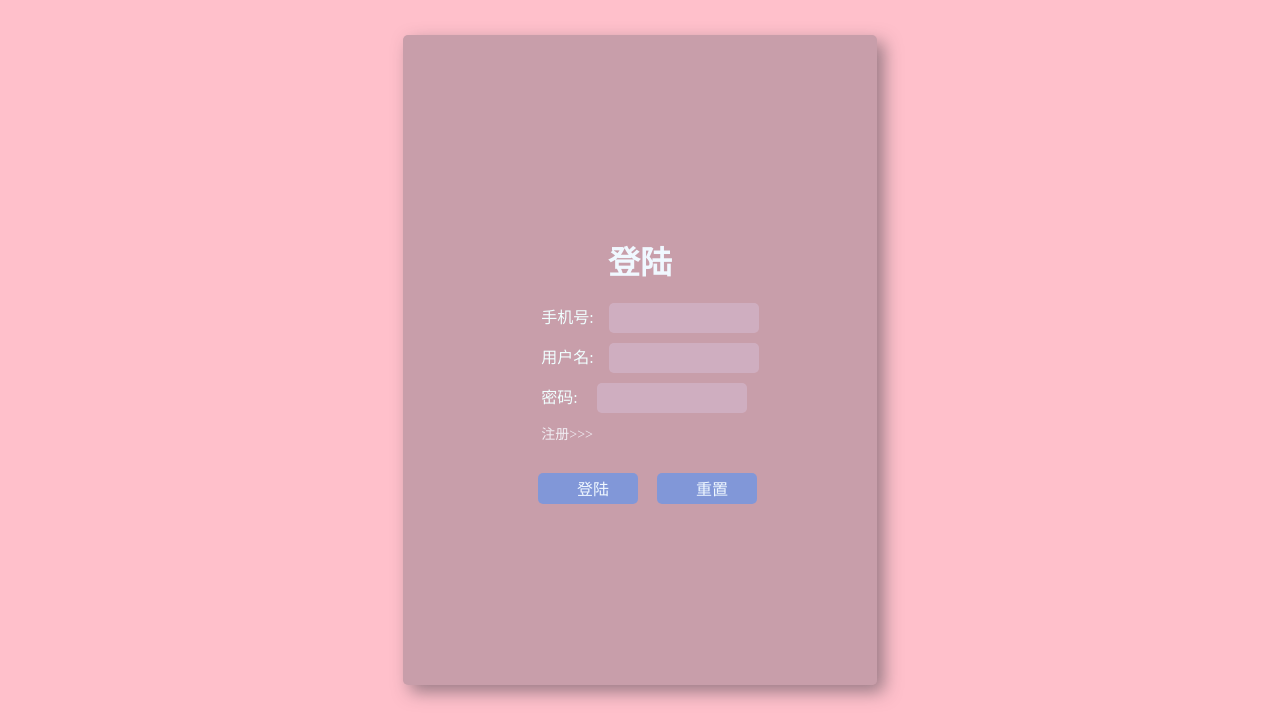
Repository: aaa615/Visualization-of-data-structure-algorithms
Page: http://localhost/dataStructure/main/login.jsp
These files come from the project's save history. The page is drawn as it stood at one moment and after the next save; the edit follows.
The browser window is 1280 px wide. The pictures show the whole page.
The page is served by Tomcat 9. Other server files are loaded and not shown.

Above is the page before, as saved 2021-05-20 04:35:59.

### dataStructure/WebContent/main/login.jsp
<%@ page language="java" contentType="text/html; charset=utf-8"
    pageEncoding="utf-8"%>
<!DOCTYPE html>
<html>
<head>
<meta charset="utf-8">
<title>登录</title>

<!-- http://localhost:8080/dataStructure/main/login.jsp -->


<link rel="stylesheet" type="text/css" href="../css/login.css">
</head>
<body>
<div id="loginDiv">
        <form action="loginAcManageUserAction.action" id="loginForm" method="post">
            <h1 style="text-align: center;color: aliceblue;">登陆</h1>
            <p><label id="global_trip">${message}</label></p>
             <p>手机号:<input id="phonenum" type="text" name="u.phonenum"></p>

            <p>用户名:<input id="username" type="text" name="u.name"></p>

            <p>密码:&nbsp;<input id="password" type="password" name="u.password"></p>

 			<p><a href="register.jsp">注册>>></a></p>

            <div style="text-align: center;margin-top: 30px;">
                <input type="submit" class="button" value="登陆">
                <input type="reset" class="button" value="重置" onmouseup="clearTrip()">
            </div>
        </form>
    </div>
    <script type="text/javascript">

    function clearTrip(){
    	var globalLabel=document.getElementById("global_trip");
    	globalLabel.innerText="";
    }
    </script>
</body>
</html>

### dataStructure/WebContent/css/login.css
@charset "UTF-8";
*{
    margin: 0;
    padding: 0;
}

html {
    height: 100%;
    width: 100%;
    overflow: hidden;
    margin: 0;
    padding: 0;
    background-size: 100% 100%;
    -moz-background-size: 100% 100%;
}

body {
    display: flex;
    align-items: center;
    justify-content: center;
    height: 100%;
    background-color:pink;
}

#loginDiv {
    width: 37%;
    display: flex;
    justify-content: center;
    align-items: center;
    height: 650px;
    background-color: rgba(75, 81, 95, 0.3);
    box-shadow: 7px 7px 17px rgba(52, 56, 66, 0.5);
    border-radius: 5px;
}

p,
.sexDiv {
    margin-top: 10px;
    margin-left: 20px;
    color: azure;
}

.sexDiv>input,
.hobby>input {
    width: 30px;
    height: 17px;
}

input,
select {
    margin-left: 15px;
    border-radius: 5px;
    border-style: hidden;
    height: 30px;
    width: 140px;
    background-color: rgba(216, 191, 216, 0.5);
    outline: none;
    color: #f0edf3;
    padding-left: 10px;
}

.button {
    border-color: cornsilk;
    background-color: rgba(100, 149, 237, .7);
    color: aliceblue;
    border-style: hidden;
    border-radius: 5px;
    width: 100px;
    height: 31px;
    font-size: 16px;
}

.introduce {
    margin-left: 110px;
}

.introduce>textarea {
    background-color: rgba(216, 191, 216, 0.5);
    border-style: hidden;
    outline: none;
    border-radius: 5px;
}

h1 {
    text-align: center;
    margin-bottom: 20px;
    margin-top: 20px;
    color: #f0edf3;
}

b {
    margin-left: 50px;
    color: #FFEB3B;
    font-size: 10px;
    font-weight: initial;
}

a{
    text-align:center;
    margin-bottom: 20px;
    margin-top: 20px;
    font-size:14px;
    color: #f0edf3;
    text-decoration:none;
}

label{
    text-align: center;
    font-size: 14px;
    color: red;
}

After the next save:
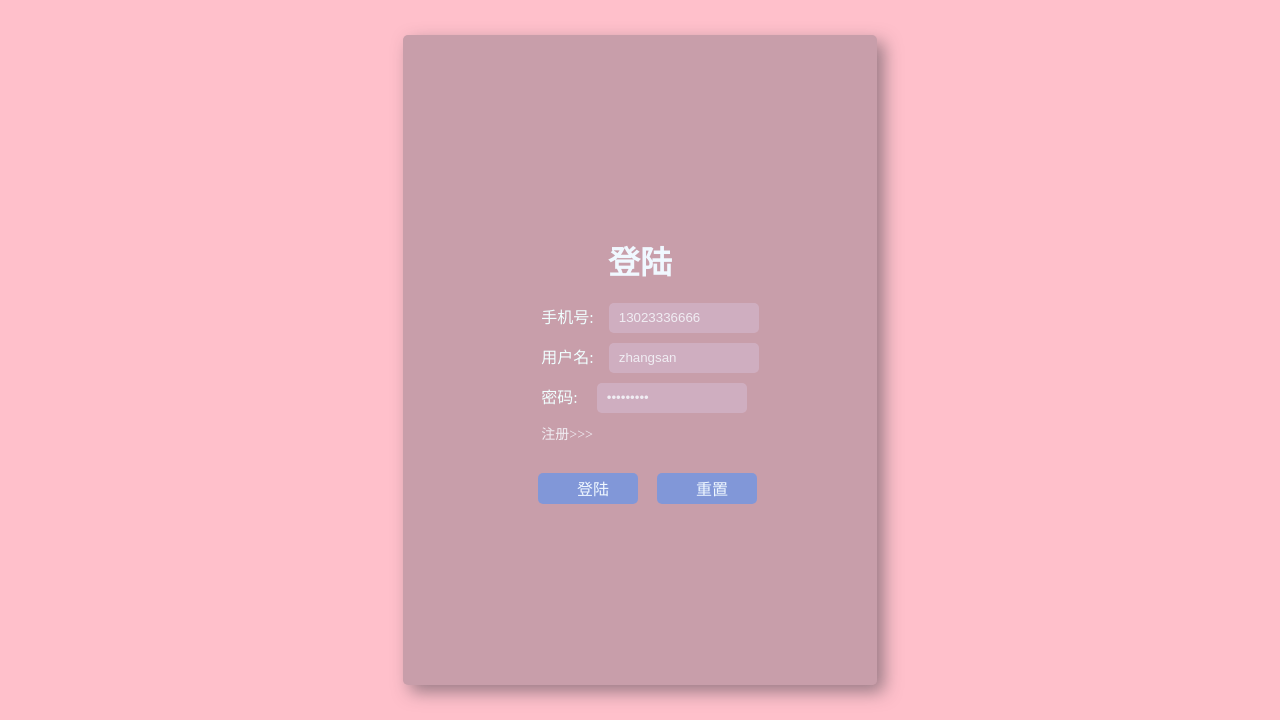
Saved 23 h 17 min later.
--- a/dataStructure/WebContent/main/login.jsp
+++ b/dataStructure/WebContent/main/login.jsp
@@ -16,11 +16,11 @@
         <form action="loginAcManageUserAction.action" id="loginForm" method="post">
             <h1 style="text-align: center;color: aliceblue;">登陆</h1>
             <p><label id="global_trip">${message}</label></p>
-             <p>手机号:<input id="phonenum" type="text" name="u.phonenum"></p>
+             <p>手机号:<input id="phonenum" type="text" name="u.phonenum" value="13023336666"></p>
 
-            <p>用户名:<input id="username" type="text" name="u.name"></p>
+            <p>用户名:<input id="username" type="text" name="u.name" value="zhangsan"></p>
 
-            <p>密码:&nbsp;<input id="password" type="password" name="u.password"></p>
+            <p>密码:&nbsp;<input id="password" type="password" name="u.password" value="mic123456"></p>
 
  			<p><a href="register.jsp">注册>>></a></p>
 
